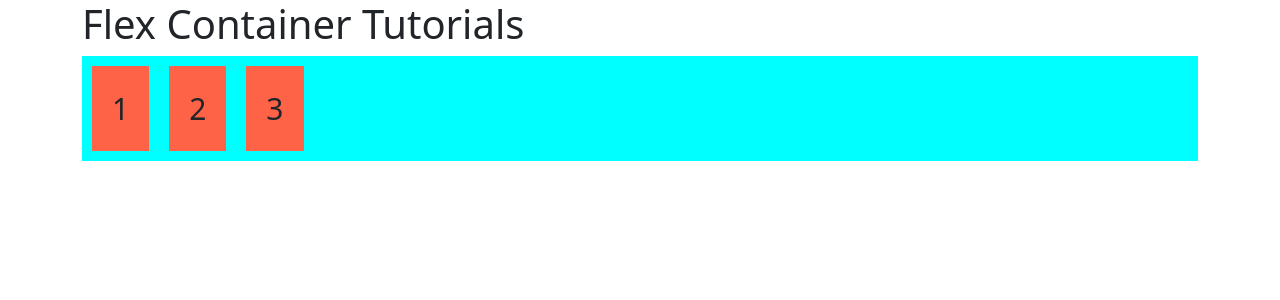
Repository: tandoan-teaching/teaching
Page: ltt/web/exercises/flexbox/flex-container.html
An editor plug-in stored every save of this project. The page is shown before and after the next save, followed by the edit.
The browser window is 1280 px wide. The pictures show the whole page.

Above is the page before, as saved 2024-03-24 16:10:11.

### ltt/web/exercises/flexbox/flex-container.html
<!doctype html>
<html lang="en">
    <head>
        <meta charset="utf-8">
        <meta name="viewport" content="width=device-width, initial-scale=1">
        <title>CSS Flex Box Tutorials</title>
        <link
            href="https://cdn.jsdelivr.net/npm/bootstrap@5.3.3/dist/css/bootstrap.min.css"
            rel="stylesheet"
            integrity="sha384-QWTKZyjpPEjISv5WaRU9OFeRpok6YctnYmDr5pNlyT2bRjXh0JMhjY6hW+ALEwIH"
            crossorigin="anonymous">

        <style>
        .flex-container {
            display: flex;
            background-color: aqua;
          }

          .flex-container > div {
            background-color: tomato;
            margin: 10px;
            padding: 20px;
            font-size: 30px;
          }
    </style>
    </head>
    <body>

        <div class="container">

            <h1>
                Flex Container Tutorials
            </h1>

            <div class="flex-container">

                <div>1</div>
                <div>2</div>
                <div>3</div>
            </div>

        </div>

        <script
            src="https://cdn.jsdelivr.net/npm/bootstrap@5.3.3/dist/js/bootstrap.bundle.min.js"
            integrity="sha384-YvpcrYf0tY3lHB60NNkmXc5s9fDVZLESaAA55NDzOxhy9GkcIdslK1eN7N6jIeHz"
            crossorigin="anonymous"></script>
    </body>
</html>

After the next save:
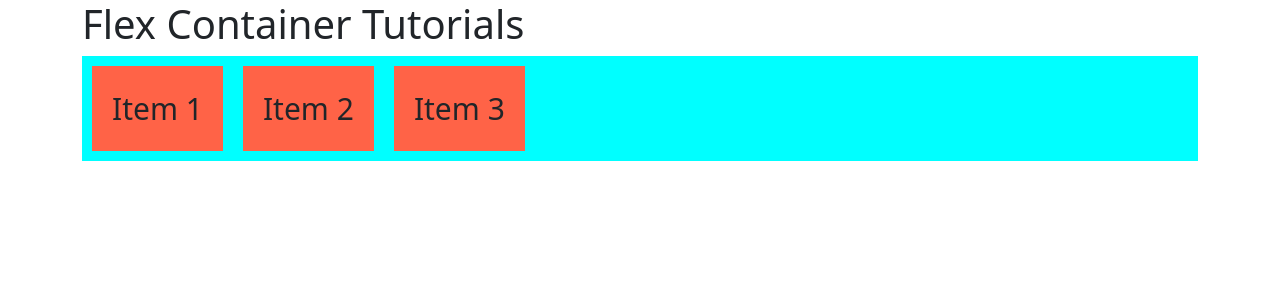
Saved 11 s later.
--- a/ltt/web/exercises/flexbox/flex-container.html
+++ b/ltt/web/exercises/flexbox/flex-container.html
@@ -34,9 +34,9 @@
 
             <div class="flex-container">
 
-                <div>1</div>
-                <div>2</div>
-                <div>3</div>
+                <div>Item 1</div>
+                <div>Item 2</div>
+                <div>Item 3</div>
             </div>
 
         </div>
